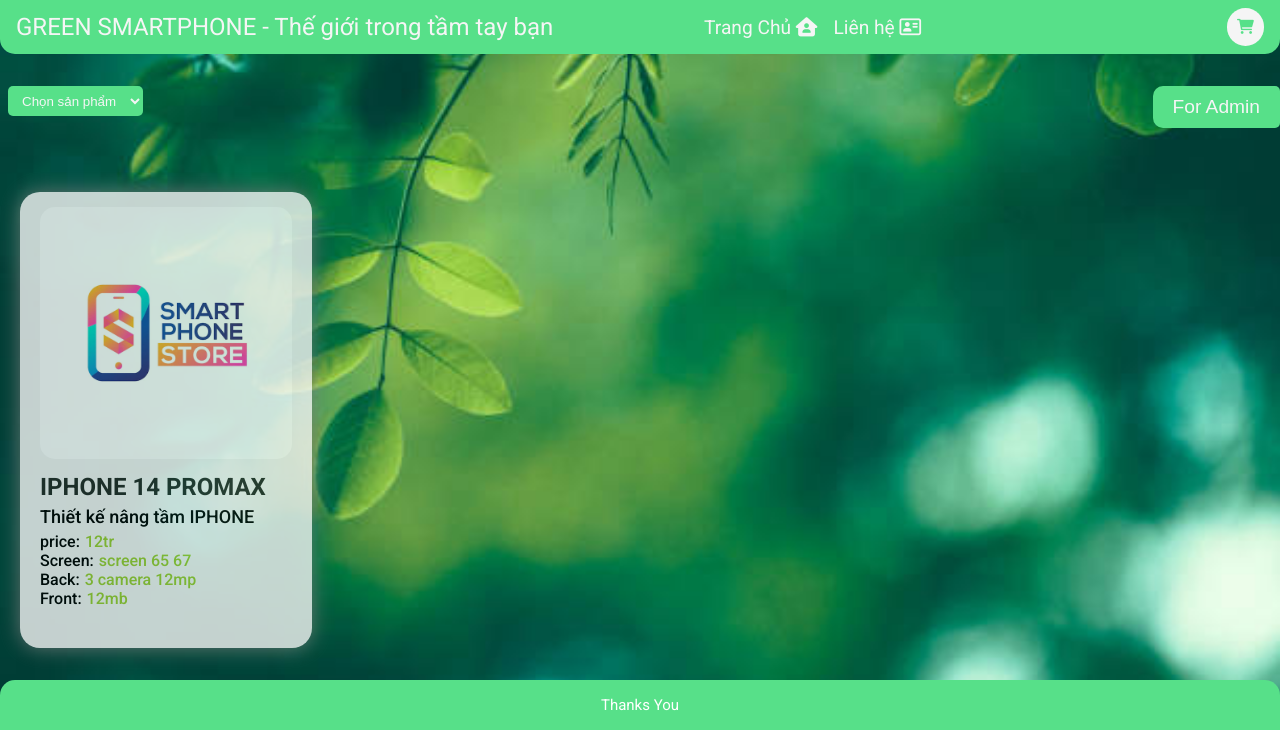
Repository: NguyenVietPhuQuy/Project2
Page: HKShop/index.html
These files come from the project's save history. The page is drawn as it stood at one moment and after the next save; the edit follows.
The browser window is 1280 px wide. The pictures show the whole page.
The page's requests for data from a server got no answer. Some web libraries are served in a nearby version.

Above is the page before, as saved 2022-11-01 21:29:38.

### HKShop/index.html
<!DOCTYPE html>
<html lang="en">

<head>
    <meta charset="UTF-8">
    <meta http-equiv="X-UA-Compatible" content="IE=edge">
    <meta name="viewport" content="width=device-width, initial-scale=1.0">
    <title>Shopping Cart</title>
    <!--bootstrap-->
    <link rel="stylesheet" href="https://cdnjs.cloudflare.com/ajax/libs/bootstrap/5.2.2/js/bootstrap.min.js">
    <!--font-awesome-->
    <link rel="stylesheet" href="https://cdnjs.cloudflare.com/ajax/libs/font-awesome/6.2.0/css/all.min.css"
        integrity="sha512-xh6O/CkQoPOWDdYTDqeRdPCVd1SpvCA9XXcUnZS2FmJNp1coAFzvtCN9BmamE+4aHK8yyUHUSCcJHgXloTyT2A=="
        crossorigin="anonymous" referrerpolicy="no-referrer" />
    <!--index.css-->
    <link rel="stylesheet" href="./Css/index.css">

</head>

<body>
    <div class="background-linear container">
        <!--Header-->
        <header id="header" class="header">
            <nav class="nav container">
                <a href="#" class="nav__logo">GREEN SMARTPHONE - Thế giới trong tầm tay bạn</a>
                <div class="nav__menu" id="nav-menu">
                    <ul class="nav__list grid">
                        <li class="nav__item">
                            <a href="home">Trang Chủ</a>
                            <i class="fa-solid fa-house-user"></i>
                        </li>
                        <li class="nav__item">
                            <a href="home">Liên hệ</a>
                            <i class="fa-regular fa-address-card"></i>
                        </li>
                    </ul>
                </div>
                <div class="nav__icon">
                    <i class="fa-solid fa-cart-shopping fa-show"></i>
                    <div class="totalItem"></div>
                </div>
            </nav>
        </header>
        <main class="main" id="main">
            <!-- Search/Filter-->
            <section class="search section" id="search">
                <div class="search__container container">
                    <div class="search__content">
                        <select id="search__select" class="search__select">
                            <option value="" selected>Chọn sản phẩm</option>
                            <option value="IPHONE">IPHONE</option>
                            <option value="SAMSUNG">SAMSUNG</option>
                        </select>
                        <button id="search__btn" class="search__btn">
                            <a href="/admin/login.html" target="_blank">For Admin</a>
                        </button>
                    </div>
                </div>
            </section>
            <!-- Product-->
            <section class="product section" id="product">
                <div class="product__container container" id="product__container">
                    <div class="product__list grid" id="product__list">

                        <div class="product__items" id="product__items">
                            <div class="product__item" id="product__item">
                                <img src="Picture/smart-phone-store-logo-vector_8169-118.jpg" alt="">
                                <div class="product__design">
                                    <h3 id="product__name">IPHONE 14 PROMAX</h3>
                                    <div class="product__content">
                                    <header class="product__desc" id="">Thiết kế nâng tầm IPHONE</header>
                                    <div class="product__information">
                                        <div class="product__price">price:<span class="product__price-span">12tr</span>
                                        </div>
                                        <div class="product__screen">Screen:<span class="product__screen-span">screen 65
                                                67</span></div>
                                        <div class="product__back">Back:<span class="product__back-span">3 camera
                                                12mp</span></div>
                                        <div class="product__front">Front:<span class="product__front-span">12mb</span>
                                        </div>
                                    </div>
                                    </div>
                                </div>
                            </div>
                        </div>


                    </div>
                </div>
            </section>

            <!-- Cart -->
            <section class="section cart">
                <div class="cart__container container">
                    <a href="#">
                        <div class="cart__design">
                            <i class="fa fa-times fa-close"></i>
                        </div>
                    </a>
                    <h1>Shopping Cart</h1>
                    <form>
                        <table class="tr__design">
                            <thead>
                                <tr>
                                    <th>items</th>
                                    <th>Quantity</th>
                                    <th>Price</th>
                                    <th></th>
                                </tr>
                            </thead>
                            <tbody id="tbody">

                            </tbody>
                        </table>
                        <div id="priceTotal">
                            <p style="font-weight: bold; text-align: right; margin:20px 10px 20px 10px">Total:
                                <span></span></p>
                        </div>
                        <div class="cart-btn">
                            <button type="button" id="purchase">Purchase</button>
                            <button type="button" id="clearTotal">Clear Total</button>
                        </div>
                    </form>
                </div>
            </section>

        </main>
        <footer>
            <div class="footer__container container">
                <span class="footer__item">Thanks You</span>
            </div>
        </footer>
    </div>
    <!--axios-->
    <script src="https://cdnjs.cloudflare.com/ajax/libs/axios/1.1.3/axios.min.js"
        integrity="sha512-0qU9M9jfqPw6FKkPafM3gy2CBAvUWnYVOfNPDYKVuRTel1PrciTj+a9P3loJB+j0QmN2Y0JYQmkBBS8W+mbezg=="
        crossorigin="anonymous" referrerpolicy="no-referrer"></script>
    <!--index.js-->
    <script src="Js/Models/showclose.js"></script>
    <script src="Js/Models/product.js"></script>
    <script type="module" src="Js/Main/index.js"></script>
</body>

</html>

### HKShop/Css/index.css
@import url('https://fonts.googleapis.com/css2?family=Roboto:wght@400;500;700&display=swap');

/** Variable-Css**/
:root {
    --header-height: 3rem;
    /*======= CoLors ========*/
    /*change favourite color*/

    --hue-color: 142;
    /*Purle 250 - Green 142 - Blue 230 -Pink 340*/
    --first-color: hsl(var(--hue-color), 69%, 61%);
    --first-color-second: hsl(var(--hue-color), 69%, 61%);
    --first-color-alt: hsl(var(--hue-color), 57%, 53%);
    --first-color-lighter: hsl(var(--hue-color), 92%, 85%);
    --title-color: hsl(var(--hue-color), 8%, 15%);
    --text-color: hsl(var(--hue-color), 5%, 100%);
    --text-color-light: #e8e7a3;
    --input-color: hsl(var(--hue-color), 70%, 96%);
    --body-color:linear-gradient(10deg, #95e4b2, #f4fcf3);
    --container-color: rgb(255, 255, 255);


    /*Font and typography*/
    --body-font: 'Roboto', sans-serif;

    /* .5rem=8px, 1rem=16px, 1.5rem=24px, 2rem=32px,.. */

    --big-font-size: 2rem;
    --h1-font-size: 1.5rem;
    --h2-font-size: 1.25rem;
    --h3-font-size: 1.125rem;
    --normal-font-size: .938rem;
    --small-font-size: .813rem;
    --smaller-font-size: .75rem;


    /*Font-Weight*/
    --font-medium: 500;
    --font-semi-bold: 600;

    /*Margin Bottom*/
    /* .5rem=8px, 1rem=16px, 1.5rem=24px, 2rem=32px,.. */
    --mb-0-25: .25rem;
    --mb-0-50: .5rem;
    --mb-0-75: .75rem;
    --mb-1: 1rem;
    --mb-1-5: 1.5rem;
    --mb-2: 2rem;
    --mb-2-5: 2.5rem;
    --mb-3: 3rem;
    /* Z-index*/
    --z-tooltip: 10;
    --z-fixed: 100;
    --z-modal: 1000;


}

/*Font Size for large devices*/
@media screen and(min-width:968px) {
    :root {
        --big-font-size: 3rem;
        --h1-font-size: 2.25rem;
        --h2-font-size: 1.5rem;
        --h3-font-size: 1.25rem;
        --normal-font-size: 1rem;
        --small-font-size: .875rem;
        --smaller-font-size: .813rem;
    }
}

/*BASE*/
* {
    box-sizing: border-box;
    padding: 0;
    margin: 0;
}

html {
    scroll-behavior: smooth;
}

body {
    margin: 0 auto;
    font-family: var(--body-font);
    font-size: var(--normal-font-size);
    color: var(--text-color);
    position: relative;
}
.background-linear {
    background-image: url(/admin/img/background.jpg);
    background-repeat: no-repeat;
    background-position: center;
    background-size: cover;
    width: 100%;
    height: auto;
}

h1,
h2,
h3,
h4 {
    color: var(--title-color);
    font-weight: var(--font-semi-bold);
}

ul {
    list-style: none;
}

a {
    text-decoration: none;
}

img {
    max-width: 100%;
    height: auto;
}

/****================REUSABLE CSS CLASSES========================****/
.section {
    padding: 2rem 0 2rem;
}

.section__title {
    font-size: var(--h1-font-size);
}

.section__subtitle {
    display: block;
    font-size: var(--small-font-size);
    margin-bottom: var(--mb-3);
}

.section__title,
.section__subtitle {
    text-align: center;
}

/****========================LAYOUT=============================****/
.container {
    width: auto;
    margin: 0 auto;
}

.grid {
    display: grid;
    gap: 1.5rem;
}

/****========================HEADER=============================****/
.nav{
    display: flex;
    justify-content: space-between;
    background-color:var(--first-color);
    align-items: center;
    padding: 0.5rem 1rem;
    border-radius: 0 0 15px 15px;
}
.nav__list{
    grid-template-columns: repeat(3, 1fr);
    gap: 1rem;
}
.nav .nav__logo{
    color: whitesmoke;
    font-size: var(--h1-font-size);
    transition: all 0.2s ease;
}
.nav__logo:hover{
    color: var(--text-color-light);
}
.nav li,a{
    font-size: 1.2rem;
    color: whitesmoke;
}
.nav a:hover{
    color: var(--text-color-light);
    transition: all 0.2s ease;
}
.nav li:hover{
    color: var(--text-color-light);
    transition: all 0.2s ease;
}
.nav__icon{
    background-color: whitesmoke;
    display: inline-block;
    padding: 10px;
    border-radius: 60px;
    color: var(--first-color);
    cursor: pointer;
    transition: all 0.4s ease;
}
.nav__icon:hover{
    background-color: var(--text-color-light);
}

/****========================SEARCH=============================****/
.search__content{
    display: flex;
    justify-content: space-between;
}
.search__select{
    padding: 5px 10px;
    border-radius: 5px;
    height: 30px;
    margin-left: var(--mb-0-50);
    background-color: var(--first-color);
    color: whitesmoke;
    border: none;
    outline: none;
    transition: all 0.5s ease;

}
.search__btn{
    padding: 10px 20px ;
    border-radius: 10px 5px 5px 10px;
    background-color: var(--first-color);
    color: whitesmoke;
    outline: none;
    border: none;
}
.search__btn a:hover{
    color: var(--text-color-light) ;
    transition: all 0.4s ease;
}

/****========================Product=============================****/
.product__container{
    padding: 0 1.25rem;
}
.product__container .grid{
 grid-template-columns: 1fr 1fr 1fr 1fr  ;
}
.product__list{
    align-items: center;
    justify-content: center;
    position: relative;
}
.product__items{
    width: 100%;
    background-color: whitesmoke;
    padding: 15px 20px;
    border-radius: 20px;
    border: none;
    box-shadow: 0 0 20px gray;
    transition: all 0.4s ease;
    opacity: 0.8;

}
.product__items:hover{
    box-shadow: 0 0 20px var(--first-color);
    opacity: 1;
}
.product__items img{
    width: 100%;
    border-radius: 15px;
    height: auto;
    flex-shrink: 0;
}

#product__name{
    font-weight: bolder;
    margin-top: 10px;
    font-size: 1.5rem;
}
.product__design{
    display: flex;
    flex-direction: column;
    min-height: 170px;
    flex: 1;
}
.product__desc{
    font-size: var(--h3-font-size);
    margin: 5px 0 5px 0;
}
.product__price,.product__screen,.product__back,.product__front{
    font-size: 1rem;
}
.product__desc,.product__price,.product__screen,.product__back,.product__front{
    color: black;
    font-weight: var(--font-medium) ;
}

.product__information span{
    color: yellowgreen !important;
    margin-left: 5px;
}
.product-btn{
    background-color: var(--first-color);
    display: block;
    width: 100%;
    height: 40px;
    margin: 10px 0 0 0px;
    border-radius: 1.5rem;
    border: none;
    outline: none;
    text-transform: uppercase;
    font-weight: var(--font-semi-bold);
    cursor: pointer;
    opacity: 0.8;
    transition: 0.4s;
}
.product-btn:hover{
    opacity: 1;
}
/****========================Cart=============================****/
.cart{
    background-color: var(--first-color);
    position: fixed;
    height: 100%;
    width: 500px;
    right: -100%;
    top: 0;
    transition: 0.2s;
    border: 2px solid whitesmoke;
    padding: 5px 10px;
    border-radius: 15px 0 15px 15px;
    z-index: 100;
}

.cart__design{
    text-align: center;
    position: relative;
    background-color: whitesmoke;
    display: inline-block;
    padding: 10px;
    width: 42px;
    border-radius: 30px;
    color: var(--first-color);
    cursor: pointer;
    transition: all 0.4s ease;
    transform: translateX(440px);
    margin-bottom: 0.25rem;
}
.cart__design:hover{
    background-color: var(--text-color-light) ;
    transition: all 0.2s ease;
}
.cart__container h1{
    display: flex;
    justify-content: center;
    color: crimson;
    font-weight: var(--font-medium);
}
.tr__design{
    width: 100%;
    display: block;
}
.tr__design  tr{
    display: flex;
    margin-top: 1rem;
}
.tr__design  th{
    margin-right: 70px;
    margin-left: 40px;
}
.cart-btn{
    text-align: right;
    margin-top: 3rem;
    margin-right: 1rem;
}
.cart-btn button{
    background-color: rgba(197, 218, 167, 0.986);
    padding: 0.5rem 1rem;
    border-radius: 5px;
    border: none;
    margin-right: 0.5rem;
    font-weight: var(--font-semi-bold);
    font-size: 0.75rem;
    color: crimson;
    cursor: pointer;
    transition: 0.3s;
}
.cart-btn button:hover{
    background-color: crimson;
    color:  rgba(197, 218, 167, 0.986);
}


/****========================Footer=============================****/
.footer__container{
    background-color:var(--first-color);
    text-align: center;
    border-radius: 15px 15px 0 0;
    height: 50px;
    align-items: center;
    display: flex;
    justify-content: center;
    width: 100%;
}

### HKShop/Js/Main/index.js
// VÍ DỤ MẪU VỀ LƯU LOCALSTORAGE-DATABASE CPU
// function setStudentList() {
//      var studentListJSON = JSON.stringify(studentList);
//      localStorage.setItem("SL", studentListJSON);
//    }

//    function getStudentList() {
//      var studentListJSON = localStorage.getItem("SL");
//      if (!studentListJSON) return;

//      studentList = mapData(JSON.parse(studentListJSON));

//      renderStudents();
//    }


let product__list = [];

/**1- Fetch API **/
function fetchApi() {
    axios(
        {
            url: "https://635205159d64d7c7130c9c5f.mockapi.io/products",
            method: "GET"
        }
    )
        .then(function (response) {
            console.log(response.data); //test hiện ra đối tượng chưa?
            product__list = response.data;
            let studentListJSON = JSON.stringify(product__list);
            localStorage.setItem("productList", studentListJSON);
            renderData(response.data)
        })
        .catch(function (err) { console.log(err) })

}
console.log(product__list)


/**2- renderData **/

function renderData(data) {
    if (!data) data = product__list;
    var renderHTML = '';
    for (let i = 0; i < data.length; i++) {
        let result = data[i];
        renderHTML += `
        <div class="product__items" id="product__items">
        <div class="product__item">
        <img src=${result.img} alt="">
        <div class="product__design">
            <h3 id="product__name">${result.name}</h3>
            <div class="product__content">
            <header class="product__desc" id="">${result.desc}</header>
            <div class="product__information">
                <div class="product__price">price:<span class="product__price-span">${result.price}</span>
                </div>
                <div class="product__screen">Screen:<span class="product__screen-span">${result.screen}</span></div>
                <div class="product__back">Back:<span class="product__back-span">${result.backCamera}</span></div>
                <div class="product__front">Front:<span class="product__front-span">${result.frontCamera}</span>
                </div>
                </div>
                <button class="product-btn" onclick="addToCart('${result.id}')">
                     Add to cart
                </button>
           </div>
            </div>
            </div>
        </div>
        </div>
        </div>
        `
    }
    document.querySelector("#product__list").innerHTML = renderHTML;
}

/**3- filter/onchangeProduct **/
let filterProduct = () => {
    axios(
        {
            url: "https://635205159d64d7c7130c9c5f.mockapi.io/products",
            method: "GET"
        }
    )
        .then((response) => {
            let filterValue = document.getElementById('search__select').value;
            let result = [];
            if (filterValue === '') { result = response.data; }
            else {
                response.data.map((productResult) => { if (productResult.type === filterValue) { result.push(productResult) } })
            }
            renderData(result)
        })
        .catch((error) => { console.log(error) })
}
document.getElementById('search__select').onclick = filterProduct;
/**4- Function về Cart  **/

// tạo ra 1 biến để lưu thông tin mảng trả về local storage
let dataSaving = JSON.parse(localStorage.getItem("dataSaving")) || [];

function updateData() {
    localStorage.setItem("dataSaving", JSON.stringify(dataSaving));
}
updateData()

// tạo ra hàm onclick trên cart mỗi khi nhấn
let addToCart = (id) => {
    if (dataSaving.some(item => item.id === id)) {
        dataSaving.some(item => { if (item.id === id) { item.quantity++ } })
    }
    else {
        const item = product__list.find(x => x.id === id);
        console.log(item)
        dataSaving.push({ ...item, quantity: 1 });
    }
    updateData()
    console.log(dataSaving)
}

window.addToCart = addToCart;
/**4- khi mở trang thì load hàm fetchApi đầu tiên **/
window.onload = function () { fetchApi() }

### HKShop/Js/Models/showclose.js
const cartClose = document.querySelector(".fa-close")
const cartShow = document.querySelector(".fa-show")
cartShow.addEventListener("click",function(){
    document.querySelector(".cart").style.right = "0"
})
cartClose.addEventListener("click",function(){
    document.querySelector(".cart").style.right = "-100%"
})

### HKShop/Js/Models/product.js
class product {
    constructor(id,name,price,screen,backCamera,frontCamera,img,information,type)
    {
        this.id =id;
        this.name= name;
        this.price =price;
        this.screen =screen;
        this.backCamera = backCamera,
        this.frontCamera =frontCamera;
        this.img = img;
        this.desc =information;
        this.type =type;
    }
}

After the next save:
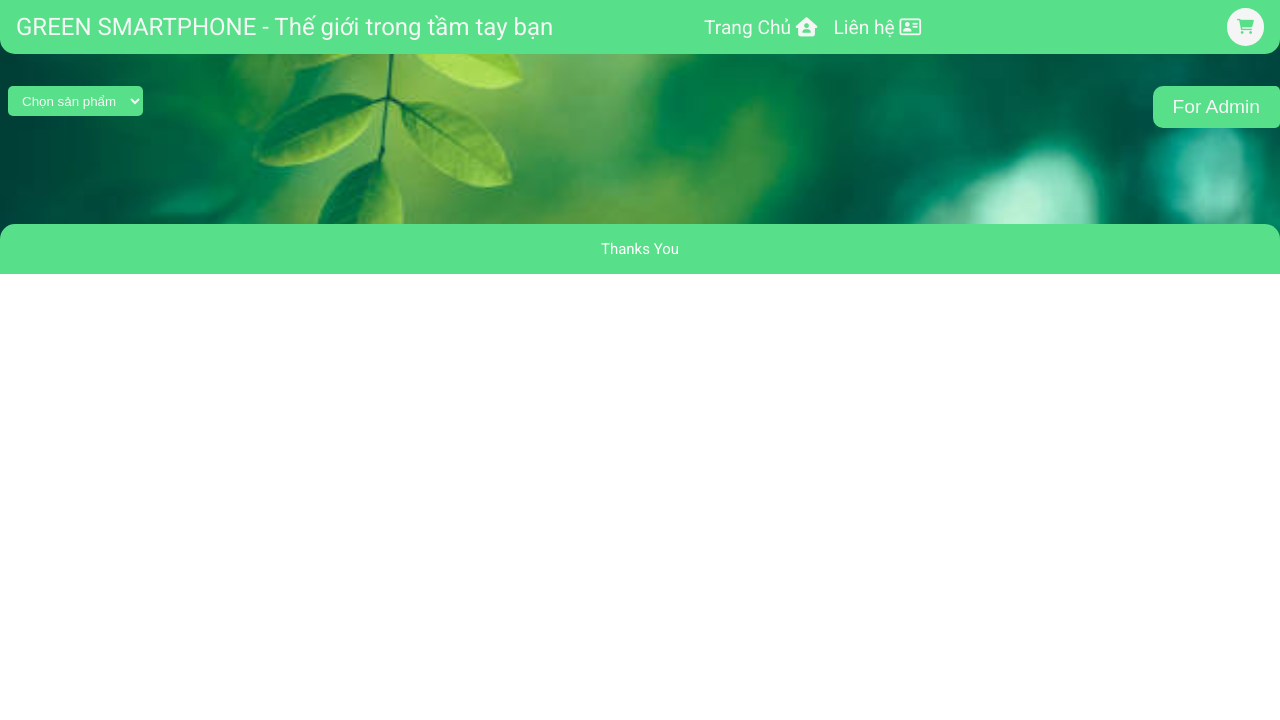
Saved 14 min 20 s later.
--- a/HKShop/index.html
+++ b/HKShop/index.html
@@ -61,30 +61,6 @@
             <section class="product section" id="product">
                 <div class="product__container container" id="product__container">
                     <div class="product__list grid" id="product__list">
-
-                        <div class="product__items" id="product__items">
-                            <div class="product__item" id="product__item">
-                                <img src="Picture/smart-phone-store-logo-vector_8169-118.jpg" alt="">
-                                <div class="product__design">
-                                    <h3 id="product__name">IPHONE 14 PROMAX</h3>
-                                    <div class="product__content">
-                                    <header class="product__desc" id="">Thiết kế nâng tầm IPHONE</header>
-                                    <div class="product__information">
-                                        <div class="product__price">price:<span class="product__price-span">12tr</span>
-                                        </div>
-                                        <div class="product__screen">Screen:<span class="product__screen-span">screen 65
-                                                67</span></div>
-                                        <div class="product__back">Back:<span class="product__back-span">3 camera
-                                                12mp</span></div>
-                                        <div class="product__front">Front:<span class="product__front-span">12mb</span>
-                                        </div>
-                                    </div>
-                                    </div>
-                                </div>
-                            </div>
-                        </div>
-
-
                     </div>
                 </div>
             </section>
